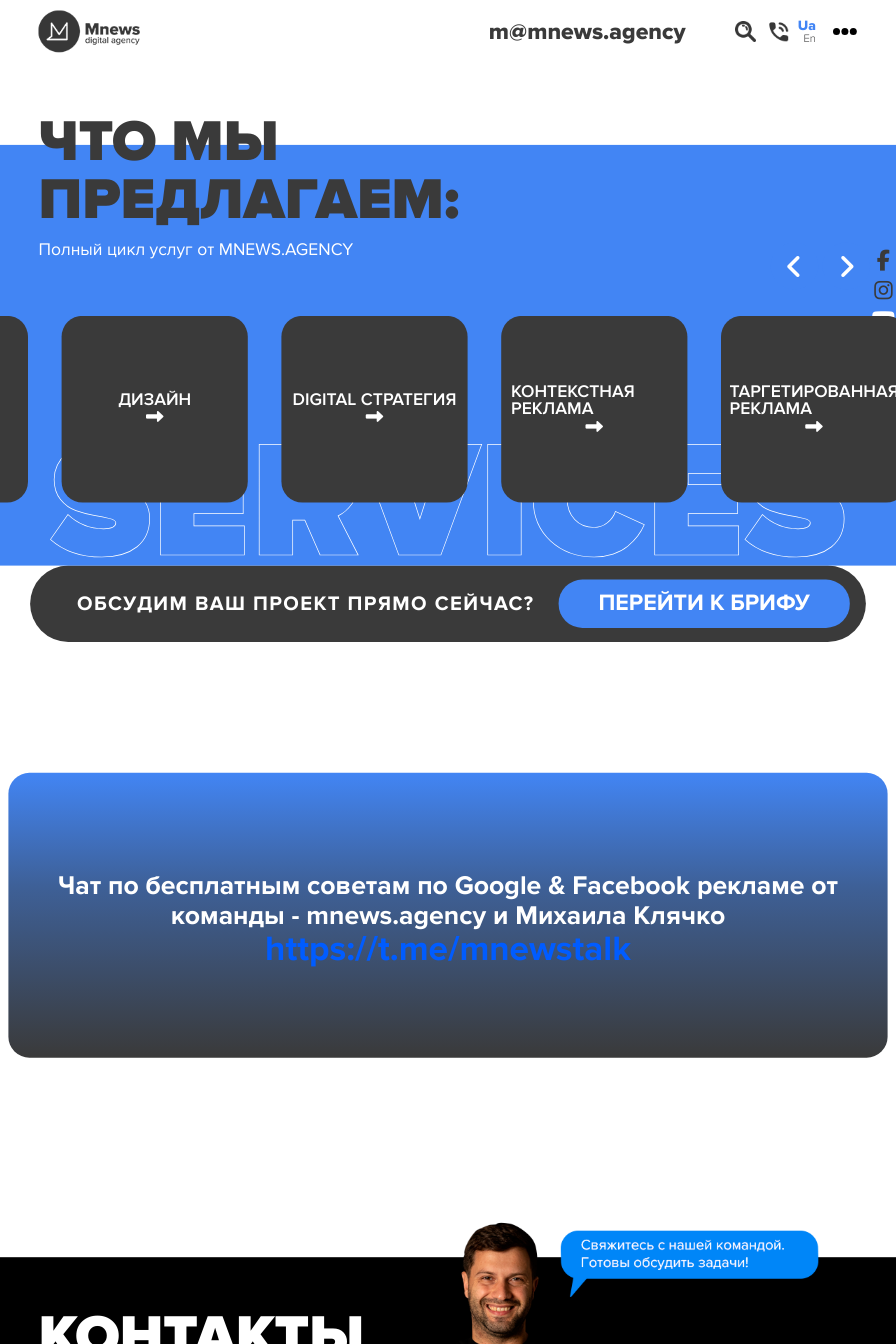
Repository: fanbear/Mnews
Page: services.html
The author's editor kept a copy of each file at every save. The page is drawn from the files as they stood at one save, then again after the next save.
The browser window is 1280 px wide. The pictures show the part of the page from y = 0 to 1920 px (the page is 3161 px tall), at 70% of full size.
Some web libraries are served in a nearby version.

Above is the page before, as saved 2022-08-09 16:06:15.

After the next save:
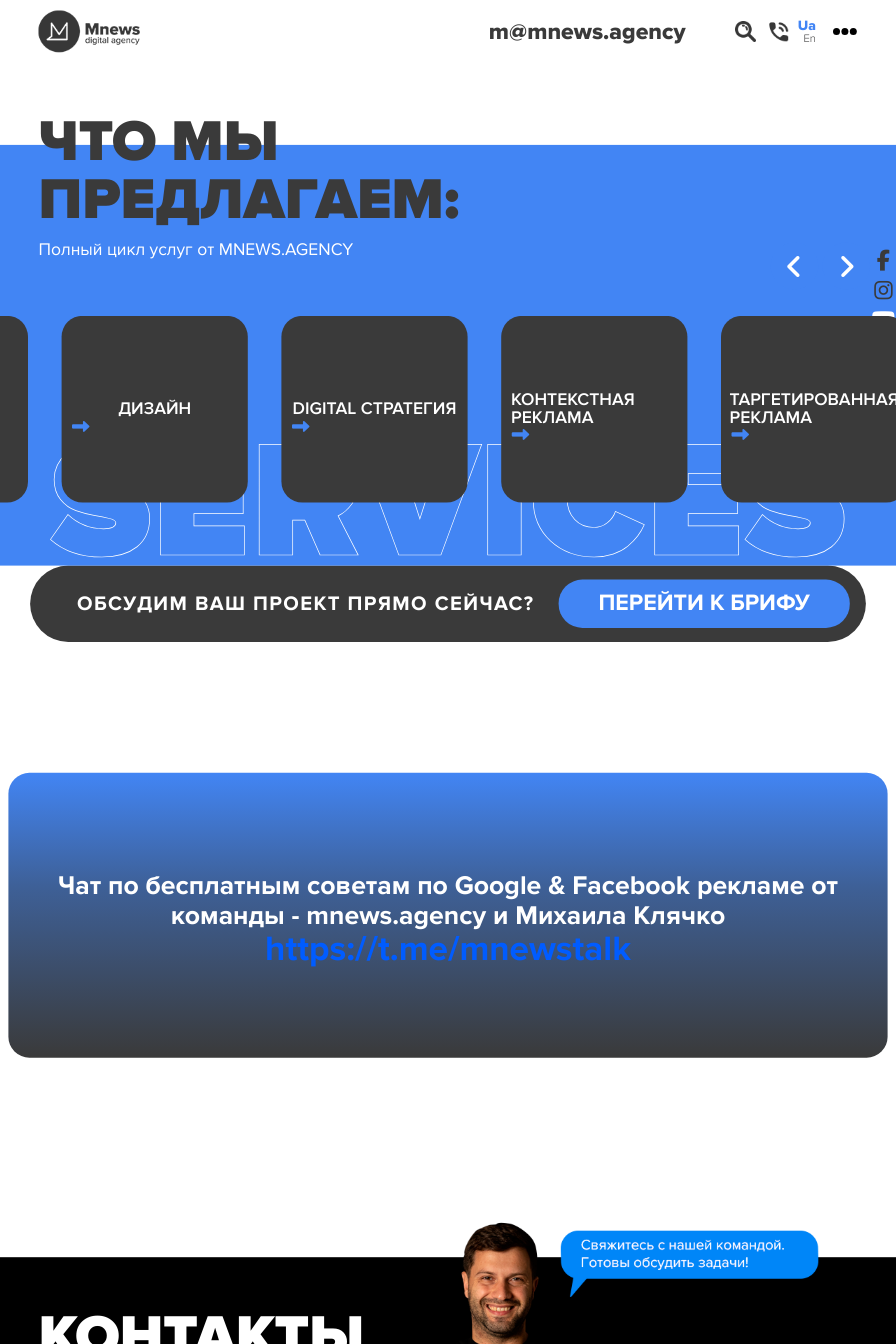
Saved 47 s later.
--- a/css/critical.css
+++ b/css/critical.css
@@ -555,8 +555,10 @@
 }
 
 .services-page .slider-item__theme i {
-    color: white;
+    color: var(--color-blue);
     font-size: 25px;
+    position: absolute;
+    left: 15px;
 }
 
 .slider-services {
